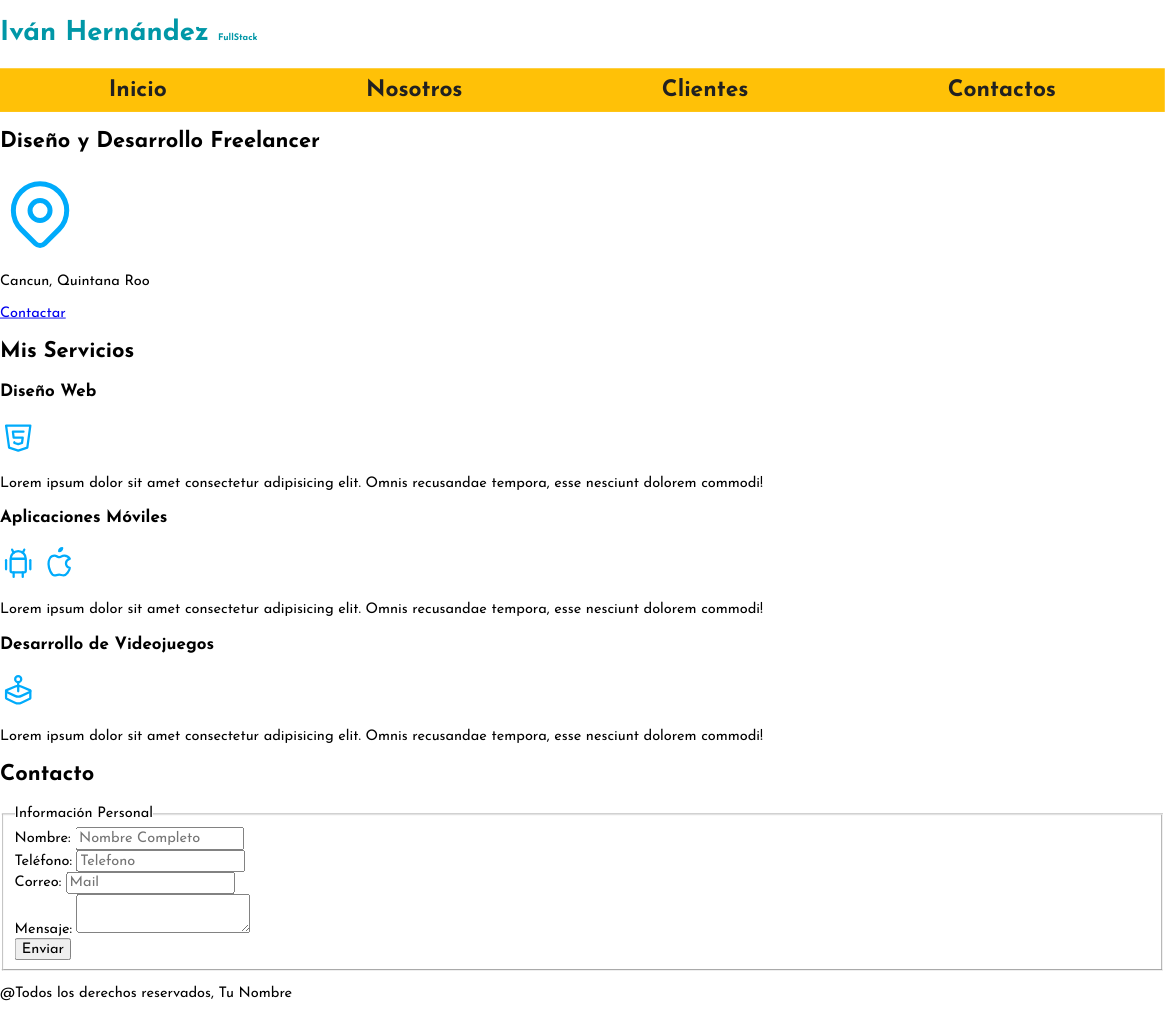
Repository: IvanHernandezMuro/freelance_base
Page: index.html
These files come from the project's save history. The page is drawn as it stood at one moment and after the next save; the edit follows.
The browser window is 1280 px wide. The pictures show the whole page, at 91% of full size.

Above is the page before, as saved 2023-05-09 00:31:09.

### index.html
<!DOCTYPE html>
<html lang="en">
	<head>
		<meta charset="UTF-8" />
		<meta http-equiv="X-UA-Compatible" content="IE=edge" />
		<meta name="viewport" content="width=device-width, initial-scale=1.0" />
		<title>Freelancer</title>
		<link rel="stylesheet" href="./css/normalize.css" />
		<!--librerías-->
		<link rel="preconnect" href="https://fonts.googleapis.com" />
		<link rel="preconnect" href="https://fonts.gstatic.com" crossorigin />
		<link
			href="https://fonts.googleapis.com/css2?family=Josefin+Sans:wght@400;700&display=swap"
			rel="stylesheet" />
		<!--Estilos-->
		<link rel="preload" href="./css/styles.css" />
		<link rel="stylesheet" href="./css/styles.css" />
	</head>

	<body>
		<header class="header">
			<h1 class="titulo">Iván Hernández <span>FullStack</span></h1>
		</header>

		<div class="nav-bg">
			<nav class="navegacion-principal contenedor">
				<a href="/">Inicio</a>
				<a href="nosotros.html">Nosotros</a>
				<a href="#">Clientes</a>
				<a href="contacto.html">Contactos</a>
			</nav>
		</div>

		<!-- <img src="img/hero.jpg" alt="Imagen de fondo" width="25%"> -->

		<section class="hero">
			<div class="contenido-hero">
				<h2>Diseño y Desarrollo <span>Freelancer</span></h2>
				<div class="ubicacion">
					<svg
						xmlns="http://www.w3.org/2000/svg"
						class="icon icon-tabler icon-tabler-map-pin"
						width="88"
						height="88"
						viewBox="0 0 24 24"
						stroke-width="1.5"
						stroke="#00abfb"
						fill="none"
						stroke-linecap="round"
						stroke-linejoin="round">
						<path stroke="none" d="M0 0h24v24H0z" fill="none" />
						<circle cx="12" cy="11" r="3" />
						<path
							d="M17.657 16.657l-4.243 4.243a2 2 0 0 1 -2.827 0l-4.244 -4.243a8 8 0 1 1 11.314 0z" />
					</svg>
					<p>Cancun, Quintana Roo</p>
				</div>
				<a href="#" class="boton">Contactar</a>
			</div>
		</section>

		<!--Contenido principal-->
		<main class="contenedor sombra">
			<h2>Mis Servicios</h2>

			<div class="servicios">
				<!-- Proyecto 1 -->
				<section class="servicio">
					<h3>Diseño Web</h3>

					<div class="iconos">
						<svg
							xmlns="http://www.w3.org/2000/svg"
							class="icon icon-tabler icon-tabler-brand-html5"
							width="40"
							height="40"
							viewBox="0 0 24 24"
							stroke-width="1.5"
							stroke="#00abfb"
							fill="none"
							stroke-linecap="round"
							stroke-linejoin="round">
							<path stroke="none" d="M0 0h24v24H0z" fill="none" />
							<path d="M20 4l-2 14.5l-6 2l-6 -2l-2 -14.5z" />
							<path d="M15.5 8h-7l.5 4h6l-.5 3.5l-2.5 .75l-2.5 -.75l-.1 -.5" />
						</svg>
					</div>
					<p>
						Lorem ipsum dolor sit amet consectetur adipisicing elit. Omnis
						recusandae tempora, esse nesciunt dolorem commodi!
					</p>
				</section>

				<!-- Proyecto 2 -->
				<section class="servicio">
					<h3>Aplicaciones Móviles</h3>

					<div class="iconos">
						<svg
							xmlns="http://www.w3.org/2000/svg"
							class="icon icon-tabler icon-tabler-brand-android"
							width="40"
							height="40"
							viewBox="0 0 24 24"
							stroke-width="1.5"
							stroke="#00abfb"
							fill="none"
							stroke-linecap="round"
							stroke-linejoin="round">
							<path stroke="none" d="M0 0h24v24H0z" fill="none" />
							<line x1="4" y1="10" x2="4" y2="16" />
							<line x1="20" y1="10" x2="20" y2="16" />
							<path
								d="M7 9h10v8a1 1 0 0 1 -1 1h-8a1 1 0 0 1 -1 -1v-8a5 5 0 0 1 10 0" />
							<line x1="8" y1="3" x2="9" y2="5" />
							<line x1="16" y1="3" x2="15" y2="5" />
							<line x1="9" y1="18" x2="9" y2="21" />
							<line x1="15" y1="18" x2="15" y2="21" />
						</svg>
						<svg
							xmlns="http://www.w3.org/2000/svg"
							class="icon icon-tabler icon-tabler-brand-apple"
							width="40"
							height="40"
							viewBox="0 0 24 24"
							stroke-width="1.5"
							stroke="#00abfb"
							fill="none"
							stroke-linecap="round"
							stroke-linejoin="round">
							<path stroke="none" d="M0 0h24v24H0z" fill="none" />
							<path
								d="M9 7c-3 0 -4 3 -4 5.5c0 3 2 7.5 4 7.5c1.088 -.046 1.679 -.5 3 -.5c1.312 0 1.5 .5 3 .5s4 -3 4 -5c-.028 -.01 -2.472 -.403 -2.5 -3c-.019 -2.17 2.416 -2.954 2.5 -3c-1.023 -1.492 -2.951 -1.963 -3.5 -2c-1.433 -.111 -2.83 1 -3.5 1c-.68 0 -1.9 -1 -3 -1z" />
							<path d="M12 4a2 2 0 0 0 2 -2a2 2 0 0 0 -2 2" />
						</svg>
					</div>
					<p>
						Lorem ipsum dolor sit amet consectetur adipisicing elit. Omnis
						recusandae tempora, esse nesciunt dolorem commodi!
					</p>
				</section>

				<!-- Proyecto 3 -->
				<section class="servicio">
					<h3>Desarrollo de Videojuegos</h3>

					<div class="iconos">
						<svg
							xmlns="http://www.w3.org/2000/svg"
							class="icon icon-tabler icon-tabler-brand-apple-arcade"
							width="40"
							height="40"
							viewBox="0 0 24 24"
							stroke-width="1.5"
							stroke="#00abfb"
							fill="none"
							stroke-linecap="round"
							stroke-linejoin="round">
							<path stroke="none" d="M0 0h24v24H0z" fill="none" />
							<circle cx="12" cy="5" r="2" />
							<path
								d="M20 12.5v4.75a0.734 .734 0 0 1 -.055 .325a0.704 .704 0 0 1 -.348 .366l-5.462 2.58a4.998 4.998 0 0 1 -4.27 0l-5.462 -2.58a0.705 .705 0 0 1 -.401 -.691l-.002 -4.75" />
							<path
								d="M4.431 12.216l5.634 -2.332a5.065 5.065 0 0 1 3.87 0l5.634 2.332a0.692 .692 0 0 1 .028 1.269l-5.462 2.543a5.064 5.064 0 0 1 -4.27 0l-5.462 -2.543a0.691 .691 0 0 1 .028 -1.27z" />
							<line x1="12" y1="7" x2="12" y2="13" />
						</svg>
					</div>
					<p>
						Lorem ipsum dolor sit amet consectetur adipisicing elit. Omnis
						recusandae tempora, esse nesciunt dolorem commodi!
					</p>
				</section>
			</div>

			<!-- Contacto -->
			<section>
				<h2>Contacto</h2>
				<form class="formulario" action="">
					<!-- Informacion Personal -->
					<fieldset>
						<legend>Información Personal</legend>

						<div class="contenedor-campos">
							<div class="campo">
								<label for="name">Nombre: </label>
								<input
									class="input-text"
									type="text"
									id="name"
									placeholder="Nombre Completo"
									required />
							</div>

							<div class="campo">
								<label for="telefono">Teléfono: </label>
								<input
									class="input-text"
									type="tel"
									id="telefono"
									placeholder="Telefono"
									required />
							</div>

							<div class="campo">
								<label for="email">Correo: </label>
								<input
									class="input-text"
									type="email"
									id="email"
									placeholder="Mail"
									required />
							</div>

							<div class="campo">
								<label for="text">Mensaje: </label>
								<textarea class="input-text" id="text"></textarea>
							</div>
						</div>

						<div class="alinear-derecha flex">
							<button class="boton w-100" type="submit">Enviar</button>
						</div>
					</fieldset>
					<!-- <input type="submit" value="Enviar" class="boton boton-verde"> -->
				</form>
			</section>
		</main>
		<footer>
			<p>@Todos los derechos reservados, Tu Nombre</p>
		</footer>
	</body>
</html>

### css/styles.css
/** Estos son Pseudoselectores **/

:root {
	/*Custom properties*/
	--white: #fff;
	--black: #212121;
	--primary: #ffc107;
	--secondary: #0097a7;
	--gris: #757575;
	--fuentes-principal: 3.8rem;
}

html {
	font-size: 62.5%;
	font-family: "Segoe UI", Tahoma, Geneva, Verdana, sans-serif;
}

body {
	font-size: 16px;
	font-family: "Josefin Sans", sans-serif;
}

.titulo {
	font-size: 3rem;
	color: var(--secondary);
}
.titulo span {
	font-size: 1rem;
}

.navegacion-principal {
	padding: 1rem;
	display: flex;
	justify-content: space-around;
	background-color: var(--primary);
}
.navegacion-principal a {
	text-decoration: none;
	color: var(--black) !important;
	font-size: 2.5rem;
	font-weight: 700;
	color: var(--white);
}

.contenedor {
}
.nav-bg {
}

Loaded but not shown: css/normalize.css (library)

After the next save:
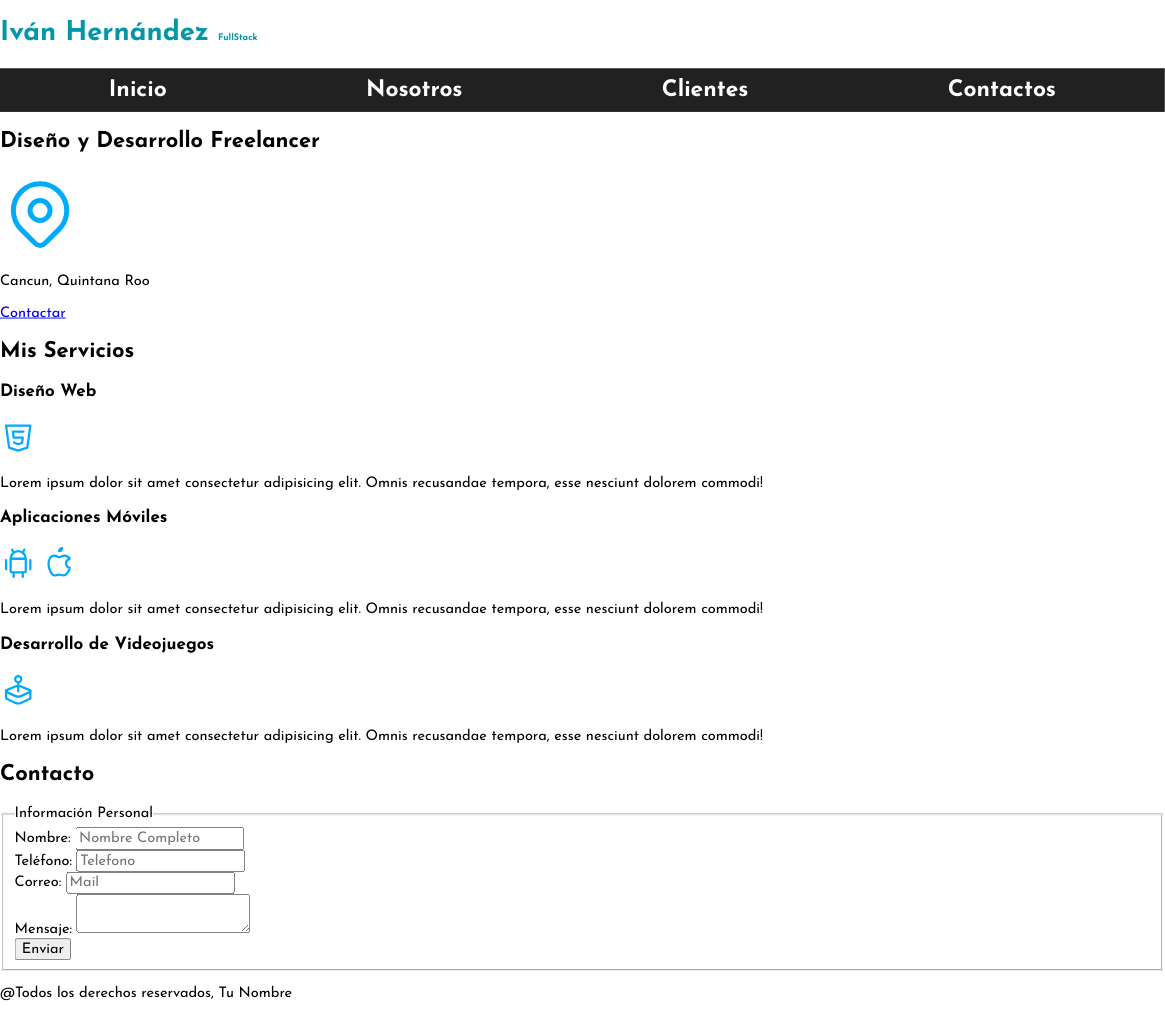
Saved 7 min 36 s later.
--- a/css/styles.css
+++ b/css/styles.css
@@ -32,17 +32,19 @@ body {
 	padding: 1rem;
 	display: flex;
 	justify-content: space-around;
-	background-color: var(--primary);
 }
 .navegacion-principal a {
 	text-decoration: none;
-	color: var(--black) !important;
 	font-size: 2.5rem;
 	font-weight: 700;
 	color: var(--white);
+}
+.navegacion-principal a:hover {
+	background-color: var(--primary);
 }
 
 .contenedor {
 }
 .nav-bg {
+	background-color: var(--black);
 }
